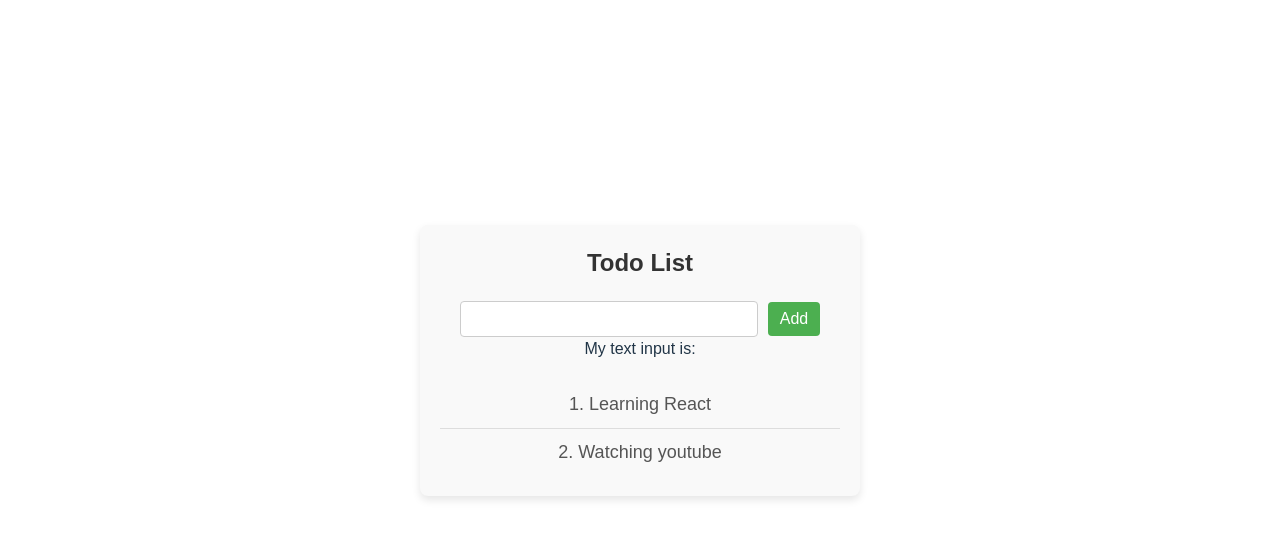
Repository: hoangcode204/react-ultimate-frontend
Page: /
These files come from the project's save history. The page is drawn as it stood at one moment and after the next save; the edit follows.
The browser window is 1280 px wide. The pictures show the whole page.
The project was rebuilt for these pictures with package versions that can differ from the ones it lists, and the page was loaded fresh each time. Also part of the build but not shown: vite.config.js.

Above is the page before, as saved 2024-11-27 23:57:57.

### src/App.jsx

import './App.css'
import  './components/todo/todo.css'
import TodoData from './components/todo/TodoData'
import TodoNew from './components/todo/TodoNew'
import reactLogo from './assets/react.svg'
import { useState } from 'react'

const App=()=> {
  const [todoList,setTodoList]= useState(
    [
      {id:1,name:"Learning React"},
      {id:2,name:"Watching youtube"}
    ]
  )
  const addNewTodo=(name)=> {
    const newTodo= {
      id:randomIntFromInterval(1,1000000),
      name:name
    }
    setTodoList([...todoList,newTodo])
  }
  const deleteTodo = (id) => {
    const updatedTodoList = todoList.filter((todo) => todo.id !== id);
    setTodoList(updatedTodoList); // Cập nhật danh sách sau khi xóa
  };
  const randomIntFromInterval=(min, max)=> { // min and max included
    return Math.floor(Math.random() * (max - min + 1) + min);
    }
  return (
    <div className="todo-container">
      <div className="todo-title">Todo List</div>
      <TodoNew addNewTodo={addNewTodo} />
      {todoList.length>0 ?
       <TodoData todoList={todoList} deleteTodo={deleteTodo}/>
      :
          <div className='todo-image'>
          <img src={reactLogo}/>
       </div>
      }
    </div>
  )
}

export default App

### src/components/todo/todo.css
/* todo.css */

/* Thiết lập tổng quan cho container */
.todo-container {
    width: 400px;
    margin: 50px auto;
    padding: 20px;
    border-radius: 8px;
    background-color: #f9f9f9;
    box-shadow: 0 4px 8px rgba(0, 0, 0, 0.1);
    font-family: Arial, sans-serif;
  }

  /* Tiêu đề của Todo List */
  .todo-title {
    font-size: 24px;
    font-weight: bold;
    color: #333;
    margin-bottom: 20px;
    text-align: center;
  }

  /* Input và nút thêm task */
  .todo-container input[type="text"] {
    width: 70%;
    padding: 8px;
    margin-right: 10px;
    border: 1px solid #ccc;
    border-radius: 4px;
    font-size: 16px;
  }

  .todo-container button {
    padding: 8px 12px;
    background-color: #4CAF50;
    color: white;
    border: none;
    border-radius: 4px;
    cursor: pointer;
    font-size: 16px;
    transition: background-color 0.3s ease;
  }

  .todo-container button:hover {
    background-color: #45a049;
  }

  /* Các mục trong danh sách todo */
  .todo-data {
    margin-top: 20px;
  }

  .todo-data div {
    padding: 10px;
    border-bottom: 1px solid #ddd;
    font-size: 18px;
    color: #555;
  }

  .todo-data div:last-child {
    border-bottom: none;
  }
 /* todo.css hoặc App.css */

/* Định dạng cho container chứa hình ảnh */
.todo-image {
    margin-top: 20px;
    text-align: center;
  }

  /* Định dạng cho hình ảnh logo */
  .todo-image img {
    width: 100px; /* Chiều rộng hình ảnh */
    height: auto; /* Chiều cao tự động để giữ tỷ lệ */
    transition: transform 0.5s ease; /* Hiệu ứng chuyển đổi */
  }

  /* Hiệu ứng xoay tròn khi rê chuột qua hình ảnh */
  .todo-image img:hover {
    transform: rotate(360deg); /* Xoay tròn 360 độ khi hover */
  }
  .todo-item{
    display: flex;
    justify-content:space-between ;
  }

### src/components/todo/TodoData.jsx
const TodoData = (props) => {
    const { todoList } = props;

    return (
      <div className="todo-data">
        {todoList.map((item, index) => (
          <div key={item.id}>
            {index + 1}. {item.name}
          </div>
        ))}
      </div>
    );
  };

  export default TodoData;

### src/components/todo/TodoNew.jsx
import { useState } from "react";

const TodoNew = (props) => {
  const [valueInput, setValueInput] = useState(""); // Sửa giá trị ban đầu thành chuỗi rỗng
  const { addNewTodo } = props;

  const handleClick = () => {
    if (valueInput.trim() !== "") {
      addNewTodo(valueInput); // Gọi hàm addNewTodo
      setValueInput(""); // Xóa giá trị input sau khi thêm mới
    }
  };

  const handleOnChange = (event) => {
    setValueInput(event.target.value); // Truyền giá trị input vào state
  };

  return (
    <div className="todo-new">
      <input
        type="text"
        value={valueInput}
        onChange={handleOnChange} // Thêm event vào hàm handleOnChange
      />
      <button
        style={{ cursor: "pointer" }}
        onClick={handleClick}
      >
        Add
      </button>
      <div>My text input is: {valueInput}</div>
    </div>
  );
};

export default TodoNew;

Loaded but not shown: index.html (common file); src/main.jsx (common file); src/index.css (common file); src/App.css (common file)

After the next save:
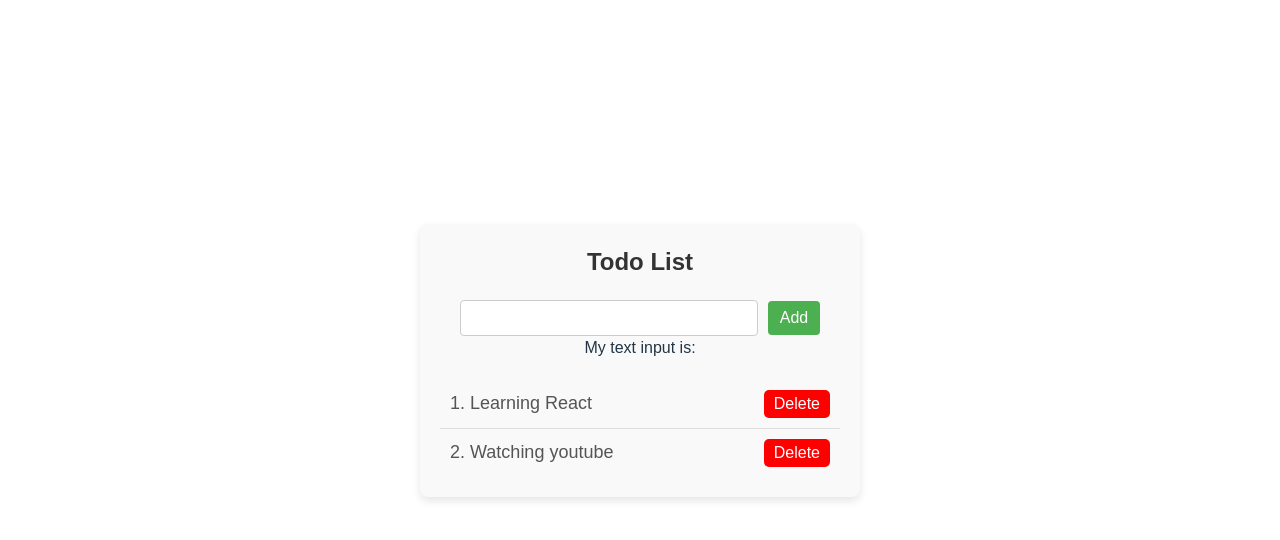
Saved 39 s later.
--- a/src/components/todo/TodoData.jsx
+++ b/src/components/todo/TodoData.jsx
@@ -1,11 +1,27 @@
 const TodoData = (props) => {
-    const { todoList } = props;
+    const { todoList, deleteTodo } = props;
 
     return (
       <div className="todo-data">
         {todoList.map((item, index) => (
-          <div key={item.id}>
-            {index + 1}. {item.name}
+          <div key={item.id} className="todo-item">
+            <span>
+              {index + 1}. {item.name}
+            </span>
+            <button
+              onClick={() => deleteTodo(item.id)} // Xóa todo khi nhấn vào nút Delete
+              style={{
+                marginLeft: "10px",
+                cursor: "pointer",
+                backgroundColor: "red",
+                color: "white",
+                border: "none",
+                borderRadius: "5px",
+                padding: "5px 10px"
+              }}
+            >
+              Delete
+            </button>
           </div>
         ))}
       </div>
